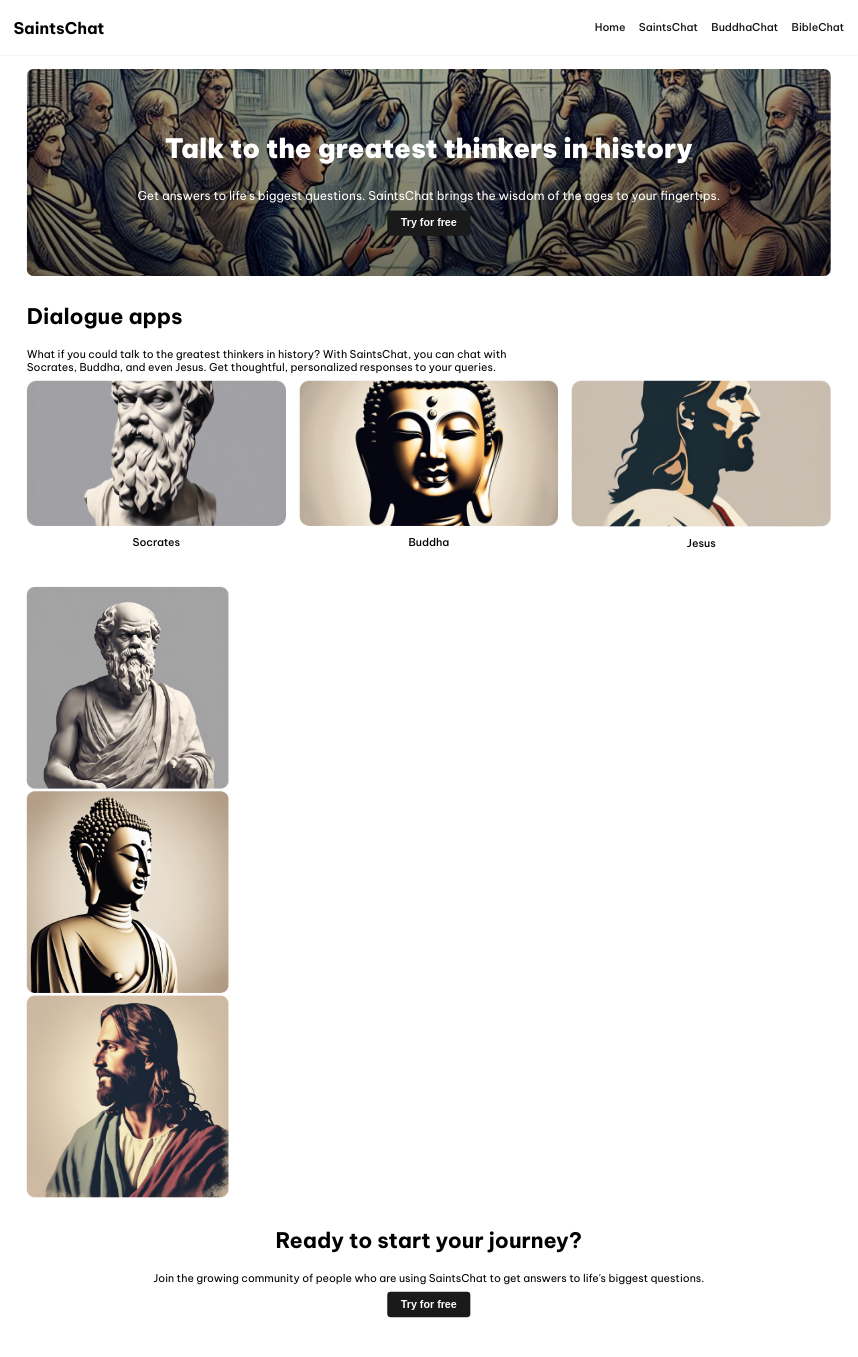
Repository: HSfac/EthosMindWeb
Page: /
The author's editor kept a copy of each file at every save. The page is drawn from the files as they stood at one save, then again after the next save.
The browser window is 1280 px wide. The pictures show the whole page, at 67% of full size.
The project was rebuilt for these pictures with package versions that can differ from the ones it lists, and the page was loaded fresh each time.

Above is the page before, as saved 2024-07-18 16:13:44.

### src/index.css
@import url('https://fonts.googleapis.com/css2?display=swap&family=Be+Vietnam+Pro:wght@400;500;700;900&family=Noto+Sans:wght@400;500;700;900');

body {
  font-family: "Be Vietnam Pro", "Noto Sans", sans-serif;
  margin: 0;
  padding: 0;
  box-sizing: border-box;
}

### src/App.jsx
import React from 'react';
import { BrowserRouter as Router, Route, Routes } from 'react-router-dom';
import Home from './pages/Home.jsx';
import Header from './components/Header.jsx';

function App() {
  return (
    <Router>
      <Header />
      <Routes>
        <Route path="/" element={<Home />} />
      </Routes>
    </Router>
  );
}

export default App;

### src/pages/Home.jsx
import React from 'react';
import './Home.css';
import heroImage from '../assets/images/hero-image.png';
import socratesImage from '../assets/images/socrates-image.png';
import socratesImage2 from '../assets/images/socrates-image2.png';
import buddhaImage from '../assets/images/buddha-image.png';
import buddhaImage2 from '../assets/images/buddha-image2.png';
import jesusImage from '../assets/images/jesus-image.png';
import jesusImage2 from '../assets/images/jesus-image2.png';

function Home() {
  return (
    <main className="main">
      <section className="hero" style={{ backgroundImage: `linear-gradient(rgba(0, 0, 0, 0.1) 0%, rgba(0, 0, 0, 0.4) 100%), url(${heroImage})` }}>
        <div className="hero-content">
          <h1 className="hero-title">Talk to the greatest thinkers in history</h1>
          <p className="hero-subtitle">Get answers to life's biggest questions. SaintsChat brings the wisdom of the ages to your fingertips.</p>
          <button className="hero-button">Try for free</button>
        </div>
      </section>
      <section className="dialogue-apps">
        <h2 className="section-title">Dialogue apps</h2>
        <p className="section-description">What if you could talk to the greatest thinkers in history? With SaintsChat, you can chat with Socrates, Buddha, and even Jesus. Get thoughtful, personalized responses to your queries.</p>
        <div className="app-grid">
          <div className="app-card">
            <img src={socratesImage} alt="Socrates" className="app-image"/>
            <p className="app-name">Socrates</p>
          </div>
          <div className="app-card">
            <img src={buddhaImage} alt="Buddha" className="app-image"/>
            <p className="app-name">Buddha</p>
          </div>
          <div className="app-card">
            <img src={jesusImage} alt="Jesus" className="app-image"/>
            <p className="app-name">Jesus</p>
          </div>
        </div>
      </section>
      <section className="additional-images">
        <div className="additional-image-card">
          <img src={socratesImage2} alt="Socrates" className="additional-app-image"/>
        </div>
        <div className="additional-image-card">
          <img src={buddhaImage2} alt="Buddha" className="additional-app-image"/>
        </div>
        <div className="additional-image-card">
          <img src={jesusImage2} alt="Jesus" className="additional-app-image"/>
        </div>
      </section>
      <section className="cta-section">
        <h2 className="cta-title">Ready to start your journey?</h2>
        <p className="cta-description">Join the growing community of people who are using SaintsChat to get answers to life's biggest questions.</p>
        <button className="cta-button">Try for free</button>
      </section>
    </main>
  );
}

export default Home;

### src/components/Header.jsx
import React from 'react';
import { Link } from 'react-router-dom';
import './Header.css';

function Header() {
  return (
    <header className="header">
      <h1 className="header-title">SaintsChat</h1>
      <nav className="nav">
        <ul className="nav-list">
          <li className="nav-item"><Link to="/">Home</Link></li>
          <li className="nav-item"><Link to="/saintschat">SaintsChat</Link></li>
          <li className="nav-item"><Link to="/buddhachats">BuddhaChat</Link></li>
          <li className="nav-item"><Link to="/biblechats">BibleChat</Link></li>
        </ul>
      </nav>
    </header>
  );
}

export default Header;

### src/pages/Home.css
.main {
  padding: 20px 40px;
}

.hero {
  background: linear-gradient(rgba(0, 0, 0, 0.1) 0%, rgba(0, 0, 0, 0.4) 100%), url('../assets/images/hero-image.png') center/cover no-repeat;
  color: white;
  text-align: center;
  padding: 60px 20px;
  border-radius: 10px;
}

.hero-title {
  font-size: 40px;
  font-weight: 900;
}

.hero-subtitle {
  font-size: 18px;
  margin: 10px 0;
}

.hero-button {
  background-color: #1a1a1a;
  color: white;
  padding: 10px 20px;
  border: none;
  border-radius: 5px;
  cursor: pointer;
  font-size: 16px;
  font-weight: bold;
}

.dialogue-apps {
  margin: 40px 0;
}

.section-title {
  font-size: 32px;
  font-weight: bold;
}

.section-description {
  max-width: 720px;
  margin: 10px 0;
}

.app-grid {
  display: flex;
  gap: 20px;
}

.app-card {
  flex: 1;
  text-align: center;
}

.app-image {
  width: 100%;
  border-radius: 10px;
}

.app-name {
  margin-top: 10px;
  font-size: 16px;
  font-weight: 500;
}

.cta-section {
  text-align: center;
  margin: 40px 0;
}

.cta-title {
  font-size: 32px;
  font-weight: bold;
}

.cta-description {
  margin: 10px 0;
}

.cta-button {
  background-color: #1a1a1a;
  color: white;
  padding: 10px 20px;
  border: none;
  border-radius: 5px;
  cursor: pointer;
  font-size: 16px;
  font-weight: bold;
}

### src/components/Header.css
.header {
  display: flex;
  justify-content: space-between;
  align-items: center;
  padding: 10px 20px;
  border-bottom: 1px solid #ededed;
}

.header-title {
  font-size: 24px;
  font-weight: bold;
}

.nav {
  display: flex;
}

.nav-list {
  display: flex;
  list-style: none;
  margin: 0;
  padding: 0;
}

.nav-item {
  margin-left: 20px;
}

.nav-item a {
  text-decoration: none;
  color: #141414;
  font-weight: 500;
}

Loaded but not shown: public/index.html (common file); src/index.js (common file)

After the next save:
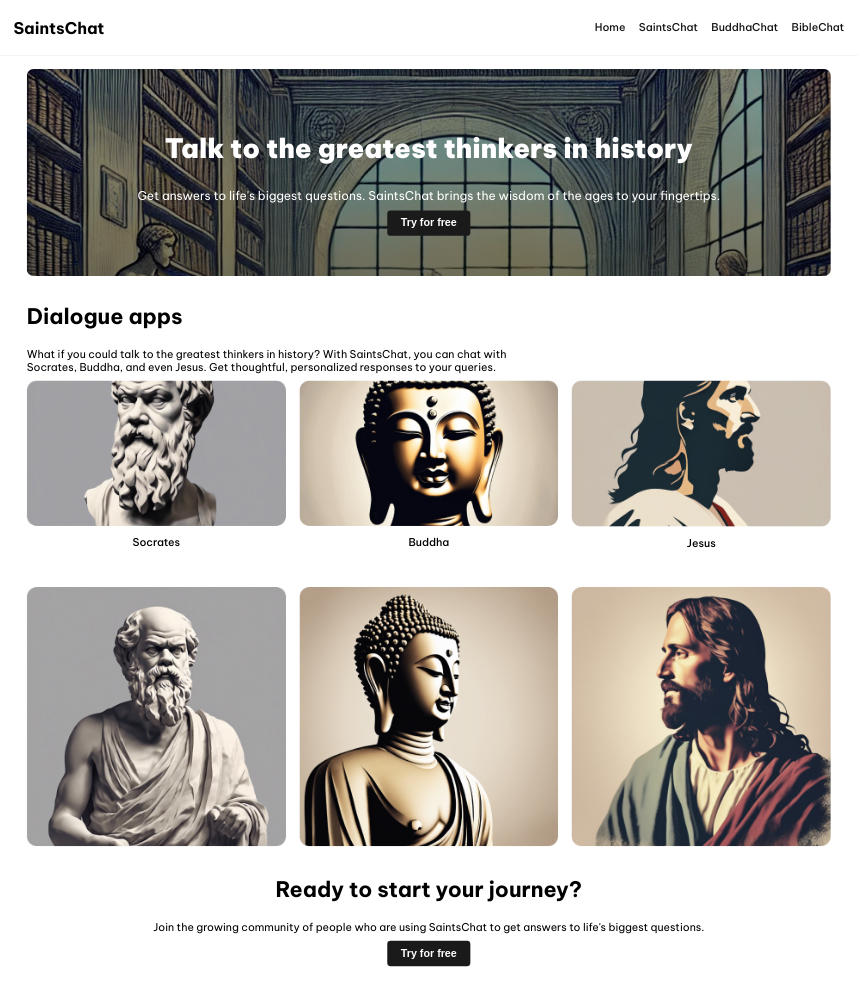
Saved 9 s later.
--- a/src/pages/Home.css
+++ b/src/pages/Home.css
@@ -3,11 +3,13 @@
 }
 
 .hero {
-  background: linear-gradient(rgba(0, 0, 0, 0.1) 0%, rgba(0, 0, 0, 0.4) 100%), url('../assets/images/hero-image.png') center/cover no-repeat;
+  background: linear-gradient(rgba(0, 0, 0, 0.1) 0%, rgba(0, 0, 0, 0.4) 100%);
   color: white;
   text-align: center;
   padding: 60px 20px;
   border-radius: 10px;
+  background-size: cover;
+  background-repeat: no-repeat;
 }
 
 .hero-title {
@@ -66,6 +68,22 @@
   font-weight: 500;
 }
 
+.additional-images {
+  display: flex;
+  gap: 20px;
+  margin: 40px 0;
+}
+
+.additional-image-card {
+  flex: 1;
+  text-align: center;
+}
+
+.additional-app-image {
+  width: 100%;
+  border-radius: 10px;
+}
+
 .cta-section {
   text-align: center;
   margin: 40px 0;
